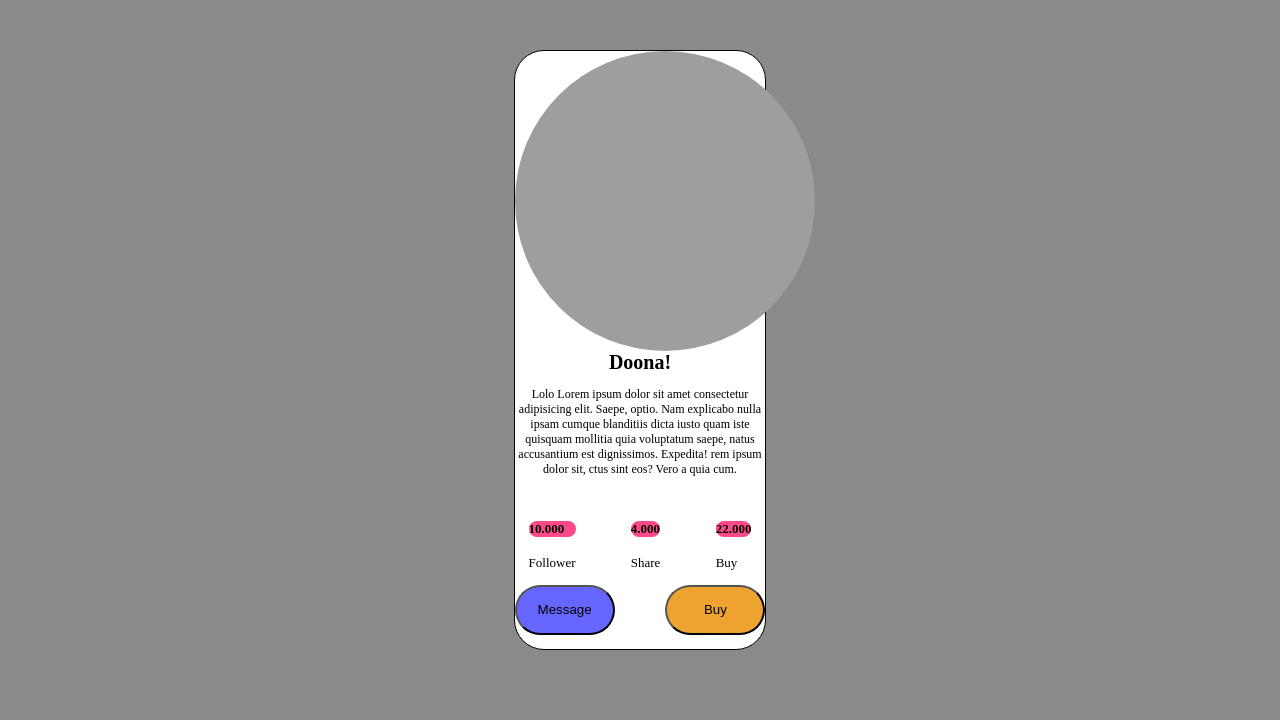
Repository: 16-Doffy/FE-UI
Page: Form-basic copy/index.html
The author's editor kept a copy of each file at every save. The page is drawn from the files as they stood at one save, then again after the next save.
The browser window is 1280 px wide. The pictures show the whole page.
Pictures or frames that could not be fetched are drawn as grey boxes.

Above is the page before, as saved 2024-12-25 20:00:23.

After the next save:
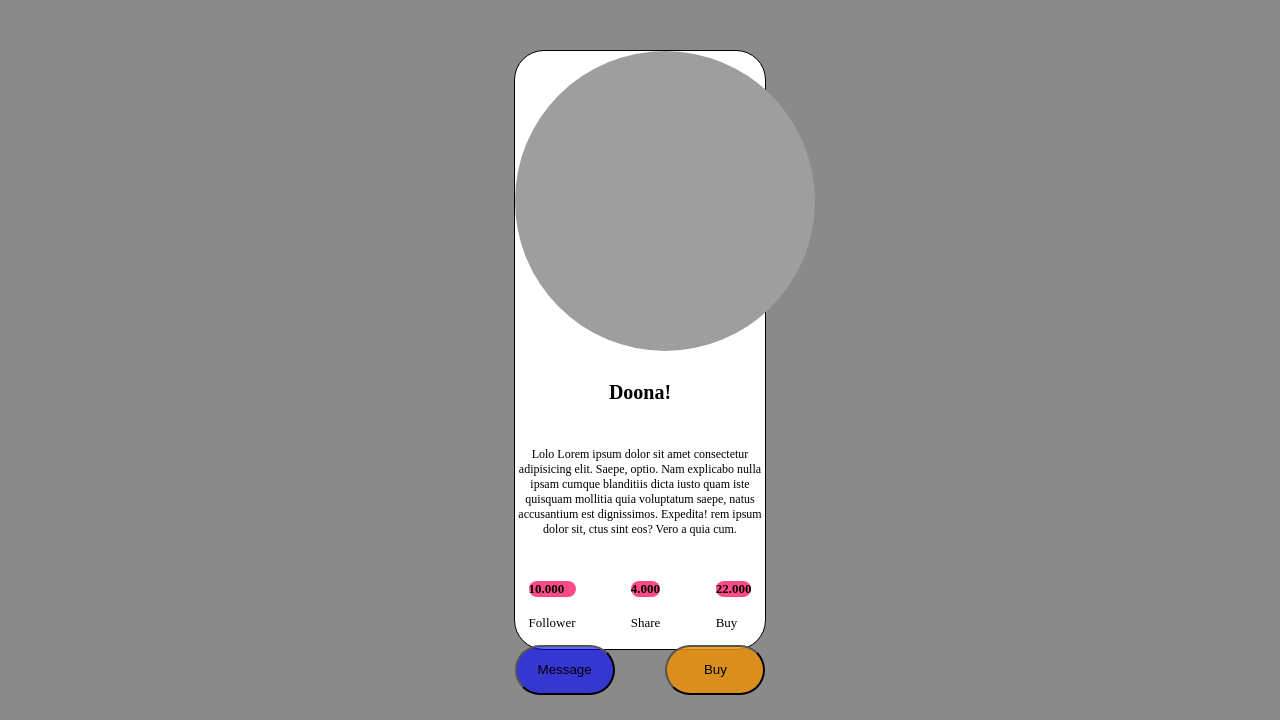
Saved 23 s later.
--- a/Form-basic copy/styles.css
+++ b/Form-basic copy/styles.css
@@ -39,6 +39,7 @@
 border-radius: 50%;
 }
 .head-name{
+  padding: 30px;
 display: flex;
 text-align: center;
 justify-content: center;

After the save that followed:
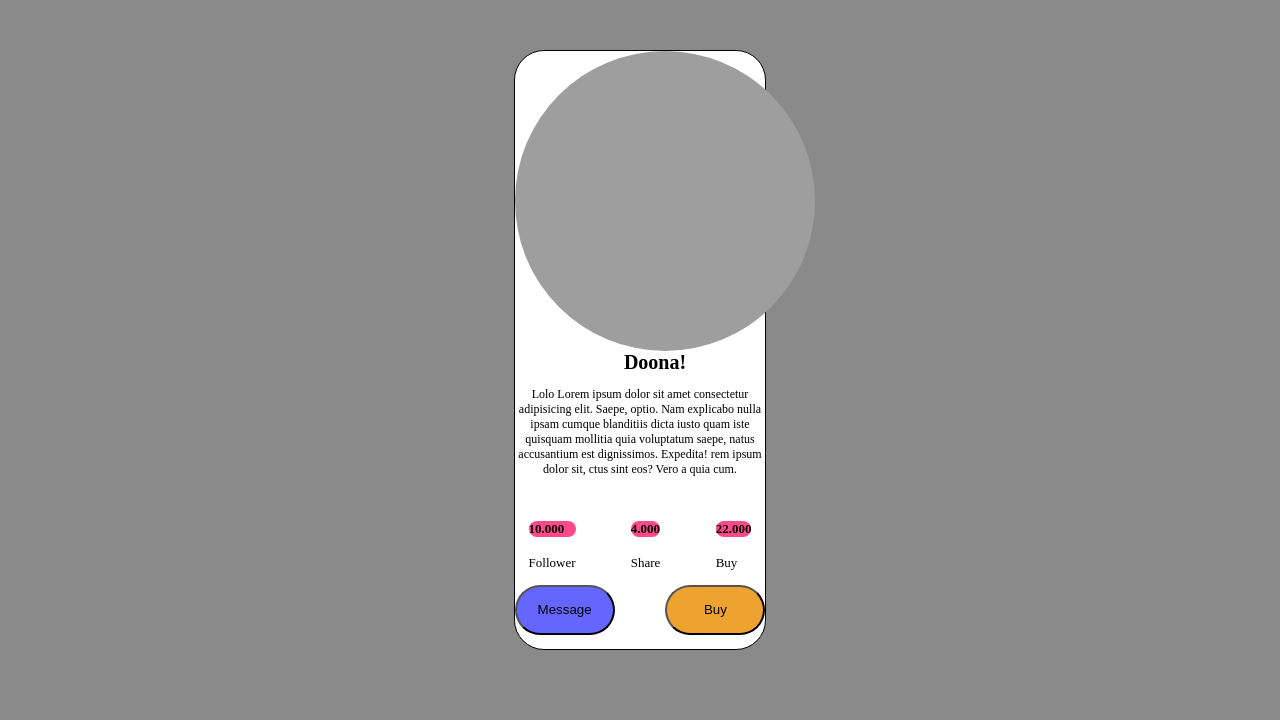
Saved 11 s later.
--- a/Form-basic copy/styles.css
+++ b/Form-basic copy/styles.css
@@ -39,7 +39,7 @@
 border-radius: 50%;
 }
 .head-name{
-  padding: 30px;
+  padding-left: 30px;
 display: flex;
 text-align: center;
 justify-content: center;
